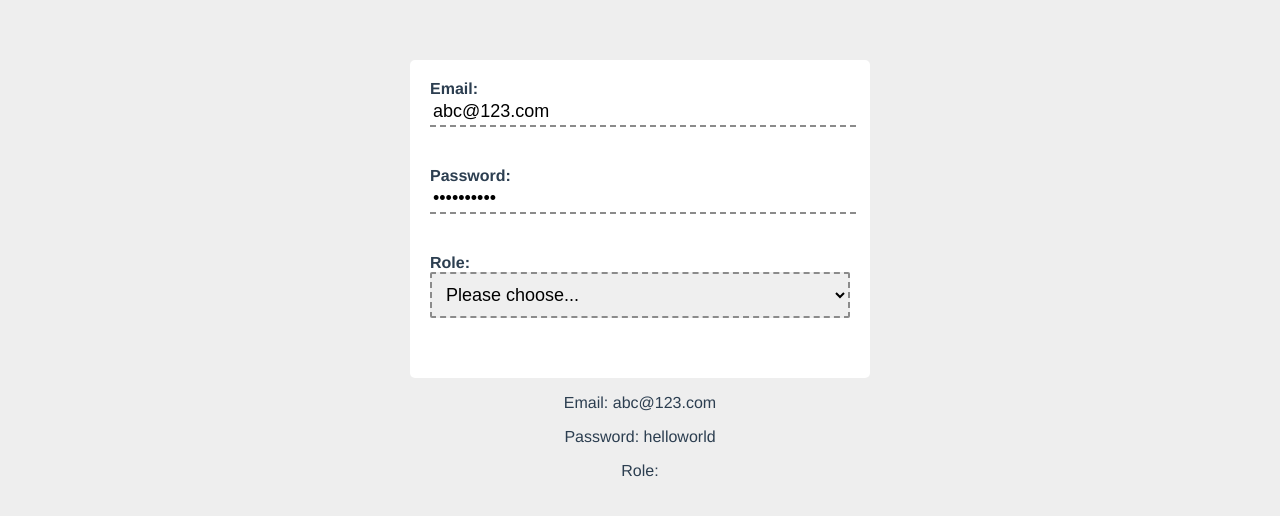
Repository: technogize/vue-forms
Page: /
An editor plug-in stored every save of this project. The page is shown before and after a run of saves, followed by the edit.
The browser window is 1280 px wide. The pictures show the whole page.
The project was rebuilt for these pictures with package versions that can differ from the ones it lists, and the page was loaded fresh each time.

Above is the page before, as saved 2021-02-26 14:26:57.

### src/App.vue
<template>
  <SignupForm />
</template>

<script>
import SignupForm from './components/SignupForm';

export default {
  name: 'App',
  components: {
    SignupForm
  }
}
</script>

<style>
#app {
  font-family: Avenir, Helvetica, Arial, sans-serif;
  -webkit-font-smoothing: antialiased;
  -moz-osx-font-smoothing: grayscale;
  text-align: center;
  color: #2c3e50;
  margin-top: 60px;
}

body {
  margin: 0;
  background: #eee;
}
</style>

### src/components/SignupForm.vue
<template>
  <form>
    <!-- v-model syncs the data in the input with the data properties -->
    <div class="field">
      <label>Email: </label>
      <input type="email" required v-model="email" />
    </div>
    <div class="field">
      <label>Password: </label>
      <input type="password" required v-model="password" />
    </div>
    <div class="field">
      <label>Role: </label>
      <select v-model="role">
        <option value="">Please choose...</option>
        <option value="Designer">Web Designer</option>
        <option value="Developer">Web Developer</option>
      </select>
    </div>
  </form>

  <p>Email: {{email}}</p>
  <p>Password: {{password}}</p>
  <p>Role: {{role}} </p>
</template>

<script>
export default {
  data() {
    return {
      email: 'abc@123.com',
      password: 'helloworld',
      role: ''
    }
  }
}
</script>

<style scoped>
  form {
    max-width: 420px;
    border-radius: 5px;
    background: white;
    padding: 20px;
    margin: 0 auto;
  }

  label {
    font-weight: 700;
    display: block;
    text-align: left;
  }

  input {
    display: block;
    width: 100%;
    font-size: 18px;
    padding: 3px;
    border: none;
    border-bottom: 2px dashed rgb(139, 139, 139);
  }

  input:focus {
    outline: none;
    border-bottom: 2px solid rgb(139, 139, 139);
  }

  select {
    border: 2px dashed rgb(139, 139, 139);
    border-radius: 2px;
    padding: 10px;
    font-size: 18px;
    width: 100%;
  }

  select:focus {
    outline: none;
    border: 2px solid rgb(139, 139, 139);
  }

  .field {
    margin-bottom: 40px;
  }
</style>

Loaded but not shown: public/index.html (common file); src/main.js (common file)

After the next 2 saves:
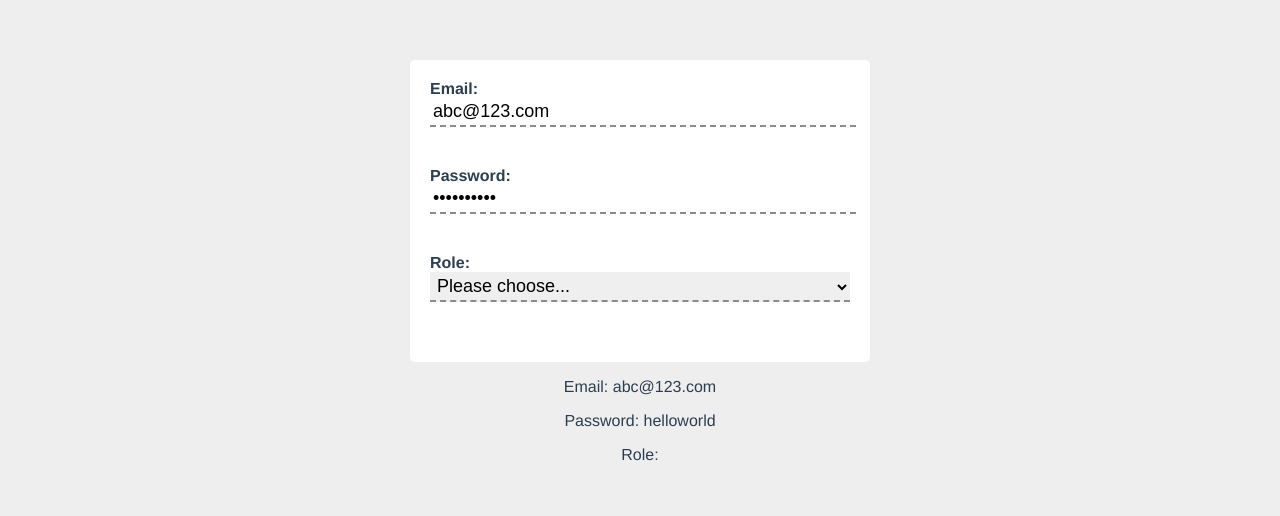
The 2 saves are shown as one change because they came seconds apart.
The last was saved 55 s later.
--- a/src/components/SignupForm.vue
+++ b/src/components/SignupForm.vue
@@ -51,7 +51,7 @@ export default {
     text-align: left;
   }
 
-  input {
+  input, select {
     display: block;
     width: 100%;
     font-size: 18px;
@@ -60,22 +60,10 @@ export default {
     border-bottom: 2px dashed rgb(139, 139, 139);
   }
 
-  input:focus {
+  input:focus,
+  select:focus {
     outline: none;
     border-bottom: 2px solid rgb(139, 139, 139);
-  }
-
-  select {
-    border: 2px dashed rgb(139, 139, 139);
-    border-radius: 2px;
-    padding: 10px;
-    font-size: 18px;
-    width: 100%;
-  }
-
-  select:focus {
-    outline: none;
-    border: 2px solid rgb(139, 139, 139);
   }
 
   .field {
